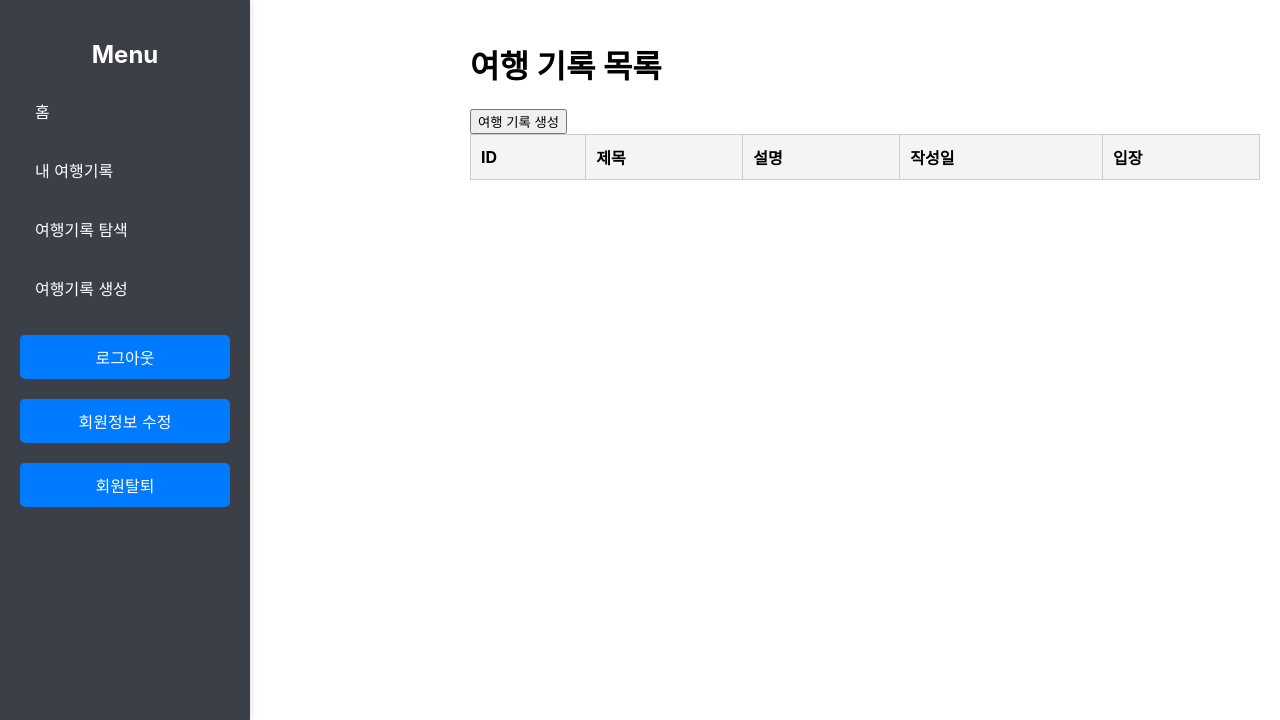
Repository: gimm5550/frontend2
Page: /mainlist
The author's editor kept a copy of each file at every save. The page is drawn from the files as they stood at one save, then again after the next save.
The browser window is 1280 px wide. The pictures show the whole page.
The page's requests for data from a server got no answer. The project was rebuilt for these pictures with package versions that can differ from the ones it lists, and the page was loaded fresh each time. No one was signed in, and anything a server would have sent is missing. Also part of the build but not shown: src/url.js, src/components/common/KakaoLoginButton.js, src/components/FromServer.js, src/components/common/Footer.js, src/components/common/Header.js, src/components/layout/LandingPageLayout.js, src/components/LoginForm.js, src/components/layout/LoginFormLayout.js and 22 more.

Above is the page before, as saved 2024-11-20 17:34:43.

### public/index.html
<!DOCTYPE html>
<html lang="en">
  <head>
    <meta charset="utf-8" />
    <link rel="icon" href="%PUBLIC_URL%/favicon.ico" />
    <meta name="viewport" content="width=device-width, initial-scale=1" />
    <meta name="theme-color" content="#000000" />
    <meta
      name="description"
      content="Web site created using create-react-app"
    />
    <link rel="apple-touch-icon" href="%PUBLIC_URL%/logo192.png" />
    <!--
      manifest.json provides metadata used when your web app is installed on a
      user's mobile device or desktop. See https://developers.google.com/web/fundamentals/web-app-manifest/
    -->
    <link rel="manifest" href="%PUBLIC_URL%/manifest.json" />
    <!--
      Notice the use of %PUBLIC_URL% in the tags above.
      It will be replaced with the URL of the `public` folder during the build.
      Only files inside the `public` folder can be referenced from the HTML.

      Unlike "/favicon.ico" or "favicon.ico", "%PUBLIC_URL%/favicon.ico" will
      work correctly both with client-side routing and a non-root public URL.
      Learn how to configure a non-root public URL by running `npm run build`.
    -->
    <title>React App</title>
    <script src="https://developers.kakao.com/sdk/js/kakao.min.js"></script> <!-- 카카오 SDK 추가 -->
  </head>
  <body>
    <noscript>You need to enable JavaScript to run this app.</noscript>
    <div id="root"></div>
    <!--
      This HTML file is a template.
      If you open it directly in the browser, you will see an empty page.

      You can add webfonts, meta tags, or analytics to this file.
      The build step will place the bundled scripts into the <body> tag.

      To begin the development, run `npm start` or `yarn start`.
      To create a production bundle, use `npm run build` or `yarn build`.
    -->
  </body>
</html>

### src/index.js
import React from 'react';
import ReactDOM from 'react-dom/client';
import './index.css';
import App from './App';
import reportWebVitals from './reportWebVitals';
import { BrowserRouter } from 'react-router-dom';
// 카카오 SDK 초기화
if (window.Kakao) {
  window.Kakao.init("629a046bf0fa611328bd69bc1571aa3a"); // 카카오 JavaScript 키로 SDK 초기화
  console.log("Kakao SDK initialized:", window.Kakao.isInitialized());
}
const root = ReactDOM.createRoot(document.getElementById('root'));
root.render(
  <React.StrictMode>
    <BrowserRouter>
      <App />
    </BrowserRouter>
  </React.StrictMode>
);

// If you want to start measuring performance in your app, pass a function
// to log results (for example: reportWebVitals(console.log))
// or send to an analytics endpoint. Learn more: https://bit.ly/CRA-vitals
reportWebVitals();

### src/App.js
import React from 'react';
import './App.css';
import { Route, Routes, useLocation } from 'react-router-dom';
import LandingPageLayout from './components/layout/LandingPageLayout';
import routes from './routes';
import { AuthProvider } from './AuthContext'; // AuthProvider import
import MenuBar from "./components/common/MenuBar";

function App() {
  const location = useLocation(); // React Router의 useLocation 훅 사용

  const getRoutes = (allRoutes) =>
    allRoutes.map((route) => {
      if (route.route) {
        return (
          <Route
            exact
            path={route.route}
            element={route.component}
            key={route.key}
          />
        );
      }
      return null;
    });
  // 로그인 페이지 여부 확인
  const isLoginPage = location.pathname === '/login';

  return (
    <div className="App">
      <AuthProvider>
        {/* Flexbox 컨테이너 */}
        <div className="layout">
          <div class="menu-bar">
            <MenuBar></MenuBar>
          </div>
          {/* 오른쪽 본문 */}
          <div className="main-content1" style={{
              width: isLoginPage ? '100%' : 'calc(100% - 200px)', // 메뉴바가 없을 때는 전체 폭 사용
              marginLeft: isLoginPage ? '0' : '200px', // 메뉴바가 없을 때는 여백 제거
            }}
>
            <Routes>
              {getRoutes(routes)}
              <Route path="*" element={<LandingPageLayout />} />
            </Routes>
          </div>
        </div>
      </AuthProvider>
    </div>
  );
}

export default App;

### src/App.css
/* 전체 Flexbox 레이아웃 */
.layout {
  display: flex; /* 메뉴바와 본문을 가로로 배치 */
  height: 100vh; /* 전체 화면 높이 */
  margin: 0;
  padding: 0;
  overflow: hidden; /* 스크롤바 숨김 */
}

/* 메뉴바 스타일 */
.menu-bar {
  flex-shrink: 0; /* 고정된 크기 유지 */
  width: 250px; /* 메뉴바 너비 */
  height: 100vh; /* 메뉴바 높이를 화면 전체에 맞춤 */
  background-color: #3b3f47; /* 메뉴바 배경색 */
  box-shadow: 2px 0 5px rgba(0, 0, 0, 0.1); /* 그림자 효과 */
  overflow: hidden; /* 스크롤바 완전히 제거 */
  box-sizing: border-box; /* 패딩 포함 크기 계산 */
  position: relative; /* Flexbox 레이아웃 안에서 위치 고정 */
  z-index: 10; /* 다른 요소 위에 배치 */
  color: #ffffff; /* 메뉴바 텍스트 색상 */
  display: flex;
  flex-direction: column; /* 항목을 세로로 정렬 */
  align-items: center; /* 항목을 왼쪽 정렬 */
  padding: 20px; /* 내부 여백 */
}

/* 메뉴 제목 스타일 */
.menu-bar h3 {
  margin: 0;
  padding: 0;
  font-size: 1.5rem;
  font-weight: bold;
  color: #ffffff; /* 제목 텍스트 색상 */
  margin-bottom: 20px; /* 아래 여백 추가 */
}

/* 메뉴 아이템 리스트 */
.menu-bar ul {
  list-style: none; /* 기본 리스트 스타일 제거 */
  padding: 0;
  margin: 0;
  width: 100%; /* 메뉴 리스트가 메뉴바의 전체 너비를 사용 */
}

/* 메뉴 아이템 스타일 */
.menu-bar ul li {
  margin-bottom: 15px; /* 각 메뉴 항목 간격 */
}

.menu-bar ul li a {
  text-decoration: none; /* 링크 밑줄 제거 */
  color: #ffffff; /* 링크 텍스트 색상 */
  font-size: 1rem;
  padding: 10px 15px; /* 링크 내부 여백 */
  border-radius: 5px; /* 링크 모서리를 둥글게 */
  display: block; /* 블록 요소로 설정 */
  transition: background-color 0.3s ease; /* 배경색 전환 효과 */
}

.menu-bar ul li a:hover {
  background-color: #5c5f67; /* 호버 시 배경색 변경 */
  color: #ffffff; /* 호버 시 텍스트 색상 유지 */
}

/* 메뉴바 버튼 스타일 */
.menu-bar button {
  width: 100%; /* 버튼이 메뉴바의 전체 너비를 사용 */
  margin: 10px 0; /* 버튼 간격 */
  padding: 10px 15px; /* 버튼 내부 여백 */
  font-size: 1rem;
  color: #ffffff; /* 버튼 텍스트 색상 */
  background-color: #007bff; /* 기본 배경색 (파란색) */
  border: none; /* 테두리 제거 */
  border-radius: 5px; /* 모서리를 둥글게 */
  cursor: pointer; /* 마우스 포인터 변경 */
  transition: background-color 0.3s ease; /* 배경색 전환 효과 */
}

.menu-bar button:hover {
  background-color: #0056b3; /* 호버 시 배경색 어둡게 */
}

/* 본문 영역 스타일 */
.main-content1 {
  flex: 1; /* 남은 공간을 유동적으로 채움 */
  overflow-y: auto; /* 세로 스크롤 허용 */
  padding: 20px; /* 내부 여백 */
  background-color: #ffffff; /* 본문 배경색 */
  box-sizing: border-box; /* 패딩 포함 크기 계산 */
}

/* 여백 제거 */
body, html {
  margin: 0;
  padding: 0;
  width: 100%;
  height: 100%;
}
.comments-section {
  margin: 20px auto;
  max-width: 10000px;
  padding: 20px;
  background-color: #f9f9f9;
  border-radius: 10px;
  box-shadow: 0 4px 10px rgba(0, 0, 0, 0.1);
}

.comments-title {
  font-size: 1.5rem;
  margin-bottom: 10px;
  color: #333;
}

.comments-list {
  list-style: none;
  padding: 0;
  margin: 0;
}

.comment-item {
  margin-bottom: 15px;
  padding: 10px;
  background: #fff;
  border-radius: 8px;
  box-shadow: 0 2px 5px rgba(0, 0, 0, 0.1);
}

.comment-header {
  display: flex;
  justify-content: space-between;
  margin-bottom: 5px;
  font-size: 0.9rem;
  color: #555;
}

.comment-author {
  font-weight: bold;
}

.comment-timestamp {
  font-size: 0.8rem;
  color: #999;
}

.comment-content {
  font-size: 1rem;
  color: #333;
  margin: 0;
}

.comment-form {
  display: flex;
  flex-direction: column;
  gap: 10px;
  margin-top: 20px;
}

.comment-input,
.comment-textarea {
  width: 100%;
  padding: 10px;
  border: 1px solid #ccc;
  border-radius: 5px;
  font-size: 1rem;
  background: #fff;
}

.comment-input:focus,
.comment-textarea:focus {
  outline: none;
  border-color: #007bff;
}

.comment-submit-button {
  align-self: flex-end;
  padding: 10px 20px;
  background-color: #007bff;
  color: white;
  border: none;
  border-radius: 5px;
  cursor: pointer;
  font-size: 1rem;
  transition: background-color 0.3s ease;
}

.comment-submit-button:hover {
  background-color: #0056b3;
}
.map-container {
  display: flex;
  width: 100%;
  height: 100vh; /* 화면 전체 높이 */
}

.google_map {
  flex: 1; /* 지도는 가변적으로 남은 공간을 차지 */
  height: 100%;
}

.place_info {
  width: 300px; /* 고정된 너비 */
  background-color: #f9f9f9;
  display: flex;
  justify-content: center;
  align-items: center;
  border-left: 1px solid #ccc; /* 지도와 구분선을 추가 */
  padding: 20px;
  box-sizing: border-box;
}

### src/routes.js
import LoginFormLayout from "./components/layout/LoginFormLayout";
import UserDetailLayout from "./components/layout/UserDetailLayout";
import RegisterFormLayout from "./components/layout/RegisterFormLayout";
import MainListLayout from "./components/layout/MainListLayout"; // community_detail
import CommunityDetailLauout from "./components/layout/community_detailLayout";
import NewCommunityLayout from "./components/layout/NewCommunityLayout";
import CommunityViewLayout from "./components/layout/CommunityViewLayout"; // AdminClient
import AdminClientLayout from "./components/layout/AdminClientLayout";
import EditFormLayout from "./components/layout/EditFormLayout";
import GoogleMapLayout from "./components/layout/GoogleMapLayout"; // MyTravelLayout
import MyTravelLayout from "./components/layout/MyTravelLayout";
import MyTravelLayout_BypolylineId from "./components/layout/MyTravelLayout_BypolylineId";
import TravelLayout from "./components/layout/TravelLayout";
const routes = [
    {
        name:"UserDetail",
        key:"userDetail",
        route:"/user-detail/:userId",
        component:<UserDetailLayout></UserDetailLayout>
    },
    {
        name:"LoginForm",
        key:"loginForm",
        route:"/login",
        component:<LoginFormLayout></LoginFormLayout>
    },
    {
        name:"RegisterForm",
        key:"RegisterForm",
        route:"/register",
        component:<RegisterFormLayout></RegisterFormLayout>
    },
    {
        name:"MainList",
        key:"MainList",
        route:"/mainlist",
        component:<MainListLayout></MainListLayout>
    },
    {
        name:"community_detail",
        key:"community_detail",
        route:"/community_detail",
        component:<CommunityDetailLauout></CommunityDetailLauout>
    },
    {
        name:"new_community",
        key:"new_community",
        route:"/new_community",
        component:<NewCommunityLayout></NewCommunityLayout>
    },
    {
        name:"CommunityView",
        key:"CommunityView",
        route:"/CommunityView",
        component:<CommunityViewLayout></CommunityViewLayout>
    },
    {
        name: "CommunityView",
        key: "communityView",
        route: "/CommunityView/:id", // ID를 URL 매개변수로 받도록 수정
        component: <CommunityViewLayout></CommunityViewLayout>
    },
    {
        name: "AdminClient",
        key: "AdminClient",
        route: "/AdminClient/:id", // ID를 URL 매개변수로 받도록 수정
        component: <AdminClientLayout></AdminClientLayout>
    },
    {
        name: "community_detail",
        key: "community_detail",
        route: '/community_detail/:id', // ID를 URL 매개변수로 받도록 수정
        component: <CommunityDetailLauout></CommunityDetailLauout>
    },
    {
        name: "new_community",
        key: "new_community",
        route: '/new_community/:id', // ID를 URL 매개변수로 받도록 수정 `/CommunityView/${id}/${communityId}`
        component: <NewCommunityLayout></NewCommunityLayout>
    },
    {
        name: "new_community",
        key: "new_community",
        route: '/CommunityView/:id/:communityId',
        component: <CommunityViewLayout></CommunityViewLayout>
    },
    {
        name:"EditForm",
        key:"EditForm",
        route:"/edit_info",
        component:<EditFormLayout></EditFormLayout>
    },
    {
        name:"GoogleMap",
        route: "/GoogleMap",
        component: <GoogleMapLayout />, // GoogleMapLayout 컴포넌트 연결
        key: "google-map",
    },
    {
        name:"MyTravel",
        route: "/MyTravel",
        component: <MyTravelLayout />, // GoogleMapLayout 컴포넌트 연결
        key: "MyTravel",
    },
    {
        name:"MyTravel_BypolylineId",
        route: "/MyTravel/:polylineId",
        component: <MyTravelLayout_BypolylineId />, // GoogleMapLayout 컴포넌트 연결
        key: "MyTravel_BypolylineId",
    },
    {
        name:"Travel",
        route: "/Travel",
        component: <TravelLayout />, // GoogleMapLayout 컴포넌트 연결
        key: "Travel",
    },
]
export default routes;

### src/AuthContext.js
import React, { createContext, useContext, useState } from 'react';

const AuthContext = createContext();

export const AuthProvider = ({ children }) => {
    const [user, setUser] = useState(null); // 로그인한 사용자 정보를 저장할 상태

    const login = (userData) => {
        setUser(userData); // 로그인 시 사용자 정보 저장
    };

    const logout = () => {
        setUser(null); // 로그아웃 시 사용자 정보 초기화
    };

    return (
        <AuthContext.Provider value={{ user, login, logout }}>
            {children}
        </AuthContext.Provider>
    );
};

// 사용자 정보를 가져오는 커스텀 훅
export const useAuth = () => {
    return useContext(AuthContext);
};

### src/components/common/MenuBar.js
import React, { useState, useEffect } from "react";
import { Link } from "react-router-dom";
import "../../App.css";
import { useNavigate } from "react-router-dom";
import api from "../../api";

const MenuBar = () => {
  const [isMenuOpen, setIsMenuOpen] = useState(true);
  const [user, setUser] = useState(null);
  const navigate = useNavigate();

  const handleLogout = () => {
    console.log("로그아웃 처리");
    localStorage.removeItem("user");
    navigate("/login");
  };

  useEffect(() => {
    const userData = JSON.parse(localStorage.getItem("user"));
    setUser(userData);
  }, []);

  const handleEditProfile = () => {
    console.log("회원정보 수정 페이지로 이동");
    navigate("/edit_info");
  };

  const handleDelete = () => {
    if (window.confirm("정말로 회원탈퇴를 하시겠습니까?")) {
      console.log("회원탈퇴 진행 중...");
      api
        .deleteUser(user.id)
        .then((response) => {
          console.log("회원탈퇴 성공:", response.data);
          alert("회원탈퇴가 완료되었습니다.");
          localStorage.removeItem("user");
          navigate("/login");
        })
        .catch((error) => {
          console.error("회원탈퇴 실패:", error);
          alert("회원탈퇴 처리 중 오류가 발생했습니다.");
        });
    }
  };

  return (
    <>
      {isMenuOpen && (
        <div className="menu-bar">
          <h3 className="menu-title">Menu</h3>
          <ul className="menu-list">
            <li className="menu-item">
              <Link to="/mainlist">홈</Link>
            </li>
            <li className="menu-item">
              <Link to="/MyTravel">내 여행기록</Link>
            </li>
            <li className="menu-item">
              <Link to="/Travel">여행기록 탐색</Link>
            </li>
            <li className="menu-item">
              <Link to="/GoogleMap">여행기록 생성</Link>
            </li>
          </ul>
          <button onClick={handleLogout}>로그아웃</button>
          <button onClick={handleEditProfile}>회원정보 수정</button>
          <button onClick={handleDelete}>회원탈퇴</button>
        </div>
      )}
    </>
  );
};

export default MenuBar;

### src/components/layout/CommonLayout.js
import Footer from "../common/Footer";
import Header from "../common/Header";
import MenuBar from "../common/MenuBar"; // MenuBar 컴포넌트 추가
// <MenuBar />
export default function CommonLayout({ children }) {
  return (
    <div className="common-layout">
      <div className="main-content2">
        {children}
      </div>
    </div>
  );
}

### src/components/layout/MainListLayout.js
import MainList from "../MainList";
import CommonLayout from "./CommonLayout";
export default function MainListLayout(){
    return<div>
            <CommonLayout>
                <MainList></MainList>
            </CommonLayout>
        </div>

}

### src/components/MainList.js
import React, { useEffect, useState } from "react";
import api from '../api'; // API 모듈 import
import { useNavigate } from "react-router-dom";
import '../MainList.css'; // CSS 파일 import

export default function MainList() {
    const [travelRecords, setTravelRecords] = useState([]); // 여행 기록 상태
    const [isPopupOpen, setIsPopupOpen] = useState(false); // 팝업 상태
    const [newRecord, setNewRecord] = useState({
        title: '',
        description: ''
    }); // 새로운 여행 기록 상태
    const navigate = useNavigate();

    // 여행 기록 가져오기
    const fetchTravelRecords = () => {
        api.list() // 여행 기록 목록을 가져오는 API 호출
            .then(response => {
                console.log("response!!!:", response)
                const { data } = response.data; // 서버에서 반환된 데이터 구조를 맞춤
                setTravelRecords(data); // 데이터를 상태에 저장
            })
            .catch(err => {
                console.error("여행 기록을 가져오는 중 오류 발생:", err);
            });
    };

    useEffect(() => {
        fetchTravelRecords(); // 컴포넌트가 마운트될 때 여행 기록 목록 가져오기
    }, []);

    const handleInputChange = (e) => {
        const { name, value } = e.target;
        setNewRecord(prevState => ({
            ...prevState,
            [name]: value
        }));
    };

    const handleCreateSubmit = async () => {
        try {
            // 새로운 여행 기록 생성 API 호출
            await api.createTravelRecord(newRecord.title, newRecord.description);
            alert("여행 기록이 생성되었습니다.");
            setIsPopupOpen(false); // 팝업 닫기
            fetchTravelRecords(); // 여행 기록 목록 새로고침
        } catch (err) {
            console.error("여행 기록 생성 중 오류 발생:", err);
            alert("여행 기록 생성 중 오류가 발생했습니다.");
        }
    };

    const handleEnterCommunity = (id) => {
        navigate(`/community_detail/${id}`); // 지정된 경로로 이동
    };

    return (
        <div>
            <h1>여행 기록 목록</h1>
            <button onClick={() => setIsPopupOpen(true)}>여행 기록 생성</button> {/* 여행 기록 생성 버튼 */}
            <table>
                <thead>
                    <tr>
                        <th>ID</th>
                        <th>제목</th>
                        <th>설명</th>
                        <th>작성일</th>
                        <th>입장</th>
                    </tr>
                </thead>
                <tbody>
                    {travelRecords.map(record => (
                        <tr key={record.id}>
                            <td>{record.id}</td>
                            <td>{record.title}</td>
                            <td>{record.description}</td>
                            <td>{new Date(record.createdDate).toLocaleString()}</td>
                            <td>
                                <button onClick={() => handleEnterCommunity(record.id)}>입장</button>
                            </td>
                        </tr>
                    ))}
                </tbody>
            </table>

            {/* 팝업창 */}
            {isPopupOpen && (
                <div className="popup-overlay">
                    <div className="popup">
                        <h2>여행 기록 생성</h2>
                        <label>
                            제목:
                            <input
                                type="text"
                                name="title"
                                value={newRecord.title}
                                onChange={handleInputChange}
                            />
                        </label>
                        <label>
                            설명:
                            <textarea
                                name="description"
                                value={newRecord.description}
                                onChange={handleInputChange}
                            />
                        </label>
                        <button onClick={handleCreateSubmit}>생성</button>
                        <button onClick={() => setIsPopupOpen(false)}>취소</button>
                    </div>
                </div>
            )}
        </div>
    );
}

### src/MainList.css
table {
    width: 100%;
    border-collapse: collapse; /* 경계선 겹치지 않도록 설정 */
}

th, td {
    border: 1px solid #ccc; /* 테두리 색상 */
    padding: 10px; /* 여백 */
    text-align: left; /* 왼쪽 정렬 */
}

th {
    background-color: #f4f4f4; /* 헤더 배경색 */
}

tr:hover {
    background-color: #f1f1f1; /* 마우스 오버 시 배경색 */
}
.popup-overlay {
    position: fixed;
    top: 0;
    left: 0;
    right: 0;
    bottom: 0;
    background: rgba(0, 0, 0, 0.5); /* 반투명 배경 */
    display: flex;
    justify-content: center;
    align-items: center;
    z-index: 1000; /* 다른 요소들 위에 위치하게 */
}

.popup {
    background: white;
    padding: 20px;
    border-radius: 5px;
    box-shadow: 0 2px 10px rgba(0, 0, 0, 0.1);
}

label {
    display: block;
    margin-bottom: 10px;
}

input {
    width: 100%;
    padding: 8px;
    margin-top: 5px;
    box-sizing: border-box; /* padding 포함해서 사이즈 조정 */
}
/* MainList.css */

/* 전체 컨테이너 스타일 */
.community-view {
    max-width: 800px; /* 최대 너비 */
    margin: 20px auto; /* 중앙 정렬 */
    padding: 20px; /* 안쪽 여백 */
    border: 1px solid #e0e0e0; /* 테두리 */
    border-radius: 8px; /* 모서리 둥글게 */
    background-color: #ffffff; /* 배경색 */
    box-shadow: 0 2px 10px rgba(0, 0, 0, 0.1); /* 그림자 */
}

/* 제목 스타일 */
.community-view h1 {
    font-size: 2rem; /* 큰 제목 크기 */
    color: #333; /* 제목 색상 */
    margin-bottom: 15px; /* 아래 여백 */
}

/* 부제목 스타일 */
.community-view h2 {
    font-size: 1.5rem; /* 부제목 크기 */
    color: #555; /* 부제목 색상 */
    margin: 10px 0; /* 위아래 여백 */
}

/* 본문 스타일 */
.community-view p {
    font-size: 1rem; /* 본문 크기 */
    color: #666; /* 본문 색상 */
    line-height: 1.5; /* 줄 간격 */
    margin-bottom: 20px; /* 아래 여백 */
}

/* 댓글 목록 스타일 */
.community-view ul {
    list-style-type: none; /* 기본 목록 스타일 제거 */
    padding: 0; /* 기본 여백 제거 */
}

.community-view li {
    background-color: #f9f9f9; /* 댓글 배경 색상 */
    border: 1px solid #e0e0e0; /* 댓글 테두리 */
    border-radius: 5px; /* 댓글 모서리 둥글게 */
    padding: 10px; /* 댓글 안쪽 여백 */
    margin-bottom: 10px; /* 댓글 사이 여백 */
}

/* 댓글 작성 입력창 스타일 */
.community-view input[type="text"] {
    width: 100%; /* 너비 100% */
    padding: 10px; /* 안쪽 여백 */
    border: 1px solid #ccc; /* 테두리 */
    border-radius: 5px; /* 모서리 둥글게 */
    margin-bottom: 10px; /* 아래 여백 */
}

/* 댓글 추가 버튼 스타일 */
.community-view button {
    padding: 10px 15px; /* 안쪽 여백 */
    background-color: #4CAF50; /* 버튼 배경 색상 */
    color: white; /* 글자 색상 */
    border: none; /* 테두리 없음 */
    border-radius: 5px; /* 모서리 둥글게 */
    cursor: pointer; /* 마우스 커서 */
    transition: background-color 0.3s; /* 배경 색상 변화 효과 */
}

.community-view button:hover {
    background-color: #45a049; /* 호버 시 색상 변화 */
}

/* 오류 메시지 스타일 */
.error-message {
    color: red; /* 오류 메시지 색상 */
    font-weight: bold; /* 굵게 */
    margin-bottom: 15px; /* 아래 여백 */
}

/* MainList.css */

/* 전체 컨테이너 스타일 */
.admin-client-container {
    display: flex;
    justify-content: space-between;
    padding: 20px;
}

/* 각 목록 박스 스타일 */
.client-box {
    flex: 1;
    margin: 0 10px; /* 좌우 여백 */
    border: 1px solid #ccc;
    border-radius: 8px;
    padding: 15px;
    background-color: #f9f9f9; /* 연한 배경색 */
    box-shadow: 0 2px 4px rgba(0, 0, 0, 0.1); /* 그림자 효과 */
}

/* 제목 스타일 */
.client-box h2 {
    text-align: center;
    color: #333; /* 제목 색상 */
}

/* 목록 아이템 스타일 */
.client-item {
    display: flex;
    justify-content: space-between;
    align-items: center;
    padding: 8px 0; /* 위아래 여백 */
    border-bottom: 1px solid #eee; /* 구분선 */
}

/* 마지막 아이템 구분선 제거 */
.client-item:last-child {
    border-bottom: none;
}

/* 버튼 스타일 */
.client-item button {
    background-color: #007bff; /* 버튼 색상 */
    color: white;
    border: none;
    border-radius: 5px;
    padding: 5px 10px;
    cursor: pointer;
    transition: background-color 0.3s; /* 색상 변화 효과 */
}

.client-item button:hover {
    background-color: #0056b3; /* 호버 시 색상 변화 */
}

/* 오류 메시지 스타일 */
.error-message {
    color: red; /* 오류 메시지 색상 */
    text-align: center; /* 가운데 정렬 */
    margin-bottom: 10px; /* 아래쪽 여백 */
}

Loaded but not shown: src/index.css (common file); src/reportWebVitals.js (common file); src/api.js (245 lines, source omitted)

After the next save:
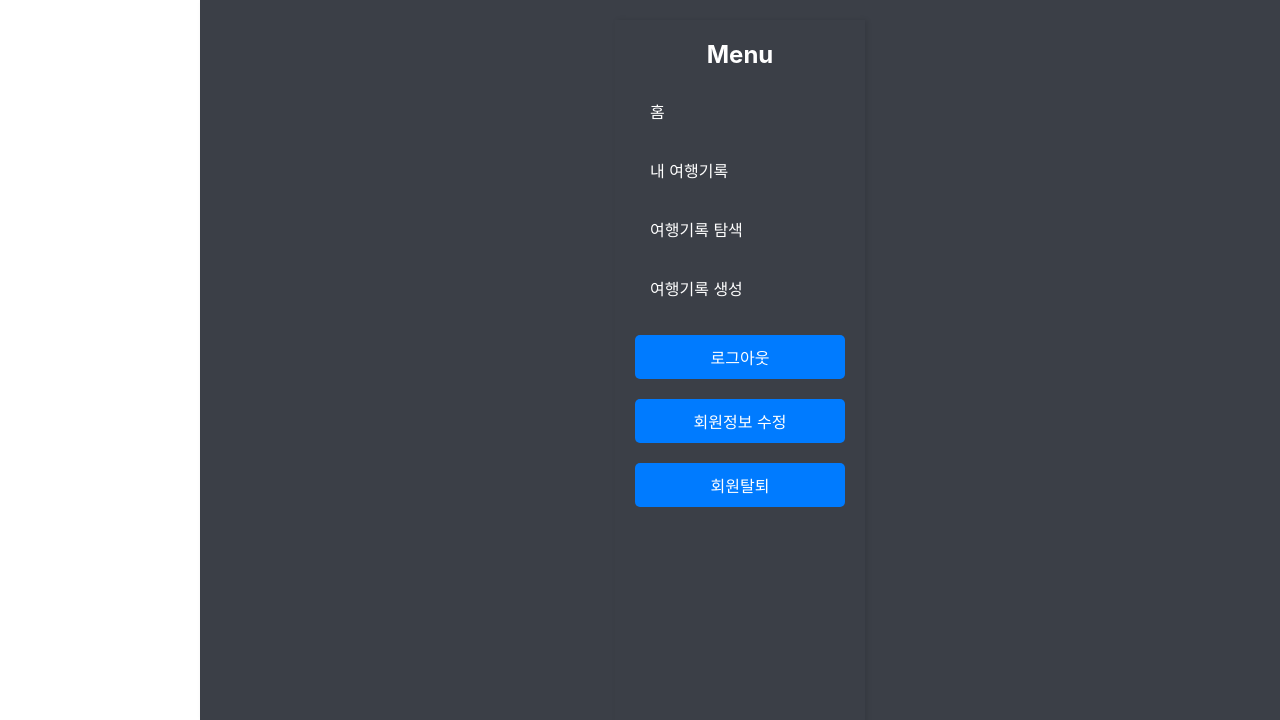
Saved 40 s later.
--- a/src/App.js
+++ b/src/App.js
@@ -31,15 +31,14 @@ function App() {
       <AuthProvider>
         {/* Flexbox 컨테이너 */}
         <div className="layout">
-          <div class="menu-bar">
+          <div class="menu-bar" style={{
+              width: isLoginPage ? '100%' : 'calc(100% - 200px)', // 메뉴바가 없을 때는 전체 폭 사용
+              marginLeft: isLoginPage ? '0' : '200px', // 메뉴바가 없을 때는 여백 제거
+            }}>
             <MenuBar></MenuBar>
           </div>
           {/* 오른쪽 본문 */}
-          <div className="main-content1" style={{
-              width: isLoginPage ? '100%' : 'calc(100% - 200px)', // 메뉴바가 없을 때는 전체 폭 사용
-              marginLeft: isLoginPage ? '0' : '200px', // 메뉴바가 없을 때는 여백 제거
-            }}
->
+          <div className="main-content1">
             <Routes>
               {getRoutes(routes)}
               <Route path="*" element={<LandingPageLayout />} />
